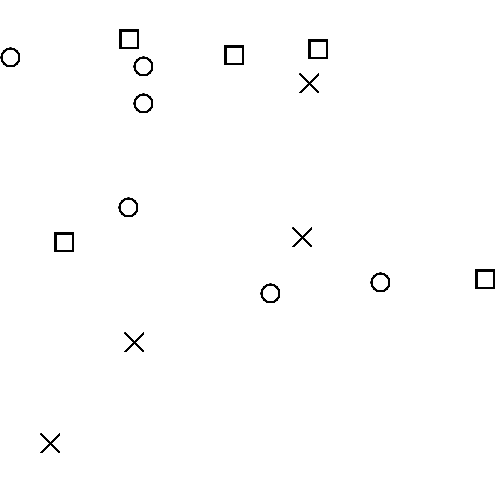
Repository: benceluzsinszky/rock-paper-scissors-simulation-pygame
Script's output: python main.py
These files come from the project's save history. The script's output is drawn as it stood at one moment and after the next save; the edit follows.
The window is shown after at most 60 frames with no key pressed. Random numbers start from a fixed seed. It also reads sprites/paper.png, sprites/rock.png, sprites/scissors.png.

Above is the script's output before, as saved 2023-04-24 20:20:43.

After the next save:
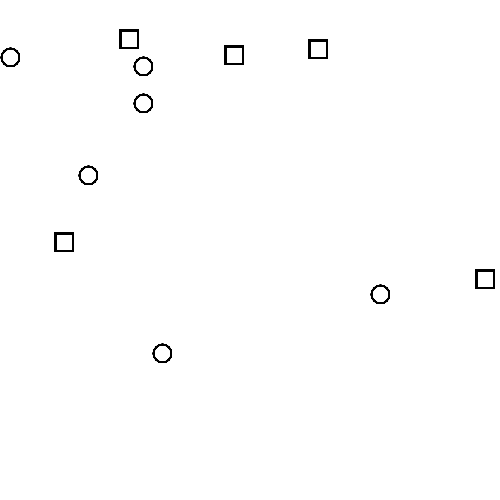
Saved 7 s later.
--- a/main.py
+++ b/main.py
@@ -81,7 +81,7 @@
 
     def check_collisions(self):
         self.collision(self.rocks, self.scissors, "rock")
-        self.collision(self.rocks, self.scissors, "rock")
+        self.collision(self.scissors, self.scissors, "rock")
         self.collision(self.rocks, self.scissors, "rock")
 
 

After the save that followed:
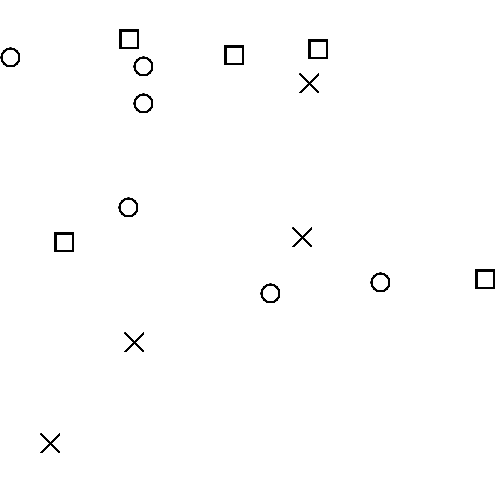
Saved 4 s later.
--- a/main.py
+++ b/main.py
@@ -81,7 +81,7 @@
 
     def check_collisions(self):
         self.collision(self.rocks, self.scissors, "rock")
-        self.collision(self.scissors, self.scissors, "rock")
+        self.collision(self.scissors, self.papers, "rock")
         self.collision(self.rocks, self.scissors, "rock")
 
 
